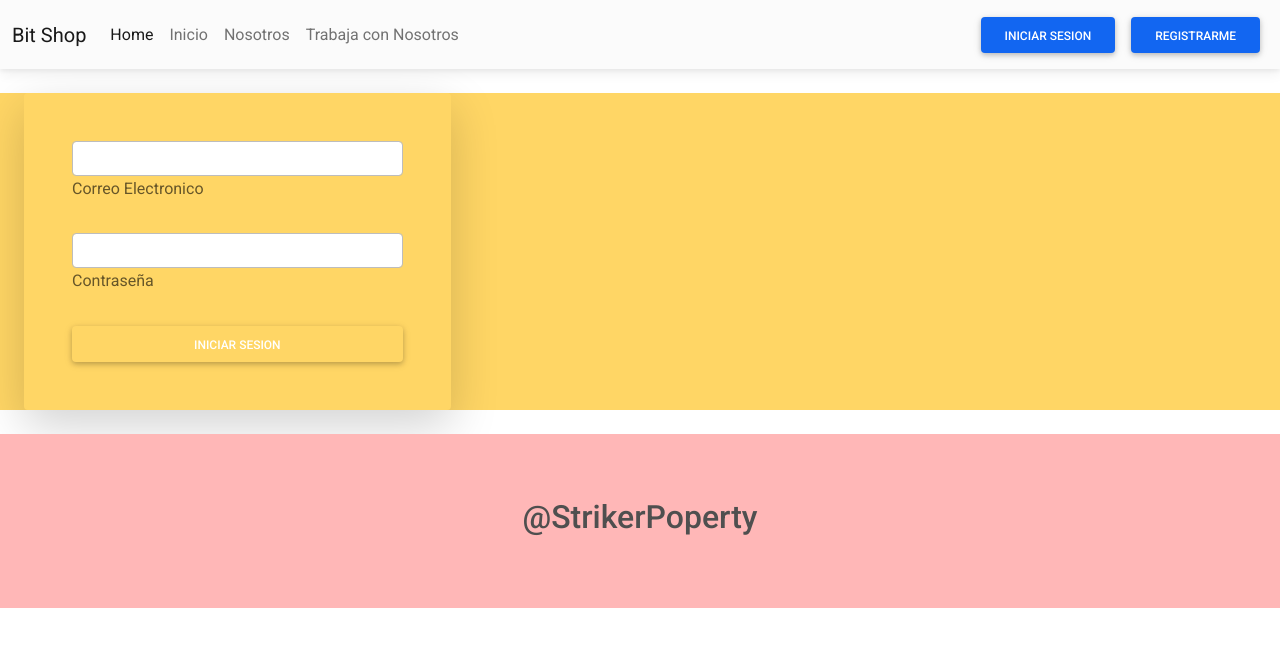
Repository: TzStrikerYT/myClassRoom
Page: /login (app in bit-shop-front/)
These files come from the project's save history. The page is drawn as it stood at one moment and after a run of saves; the edit follows.
The browser window is 1280 px wide. The pictures show the whole page.
The project was rebuilt for these pictures with package versions that can differ from the ones it lists, and the page was loaded fresh each time. Also part of the build but not shown: bit-shop-front/angular.json, bit-shop-front/src/app/components/home/home.component.ts, bit-shop-front/src/app/components/not-found/not-found.component.ts.

Above is the page before, as saved 2022-02-23 19:05:16.

After the next 2 saves:
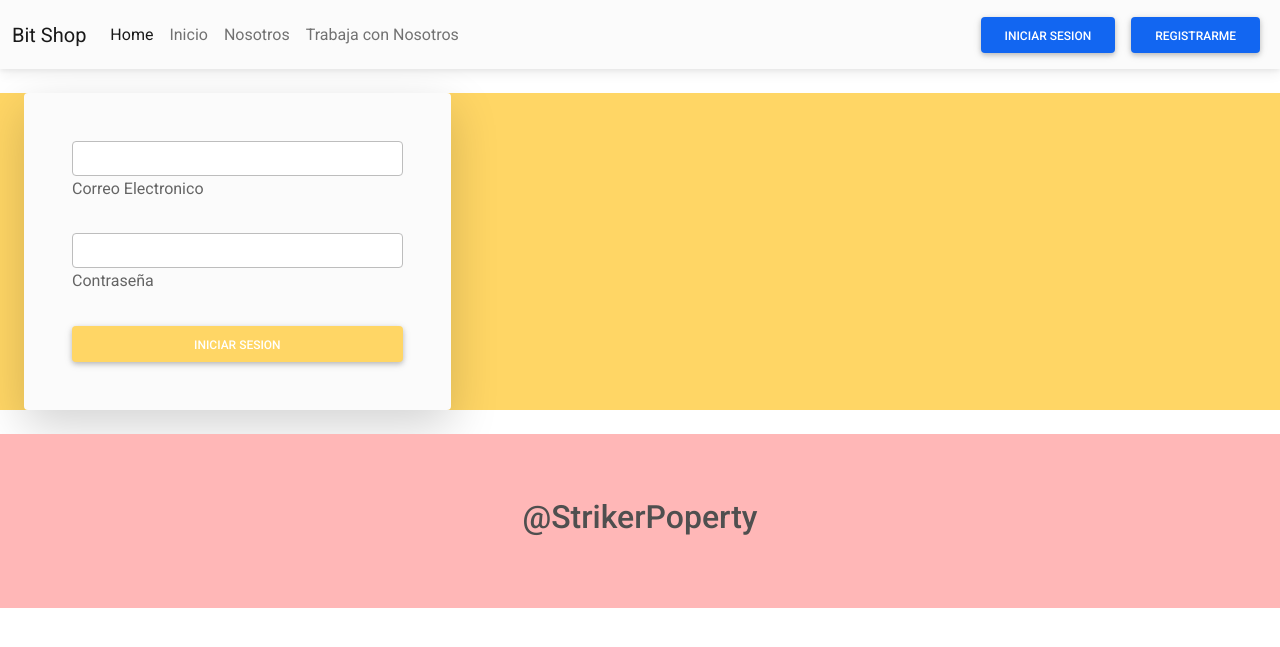
The 2 saves are shown as one change because they came seconds apart.
The last was saved 18 s later.
--- a/bit-shop-front/src/app/components/login/login.component.html
+++ b/bit-shop-front/src/app/components/login/login.component.html
@@ -1,6 +1,6 @@
 <section class="bg-yellow">
 
-    <div class="col-md-4 m-4 p-5 shadow-lg rounded">
+    <div class="col-md-4 m-4 p-5 shadow-lg rounded bg-light">
         <form>
             <!-- Email input -->
             <div class="mb-4">
